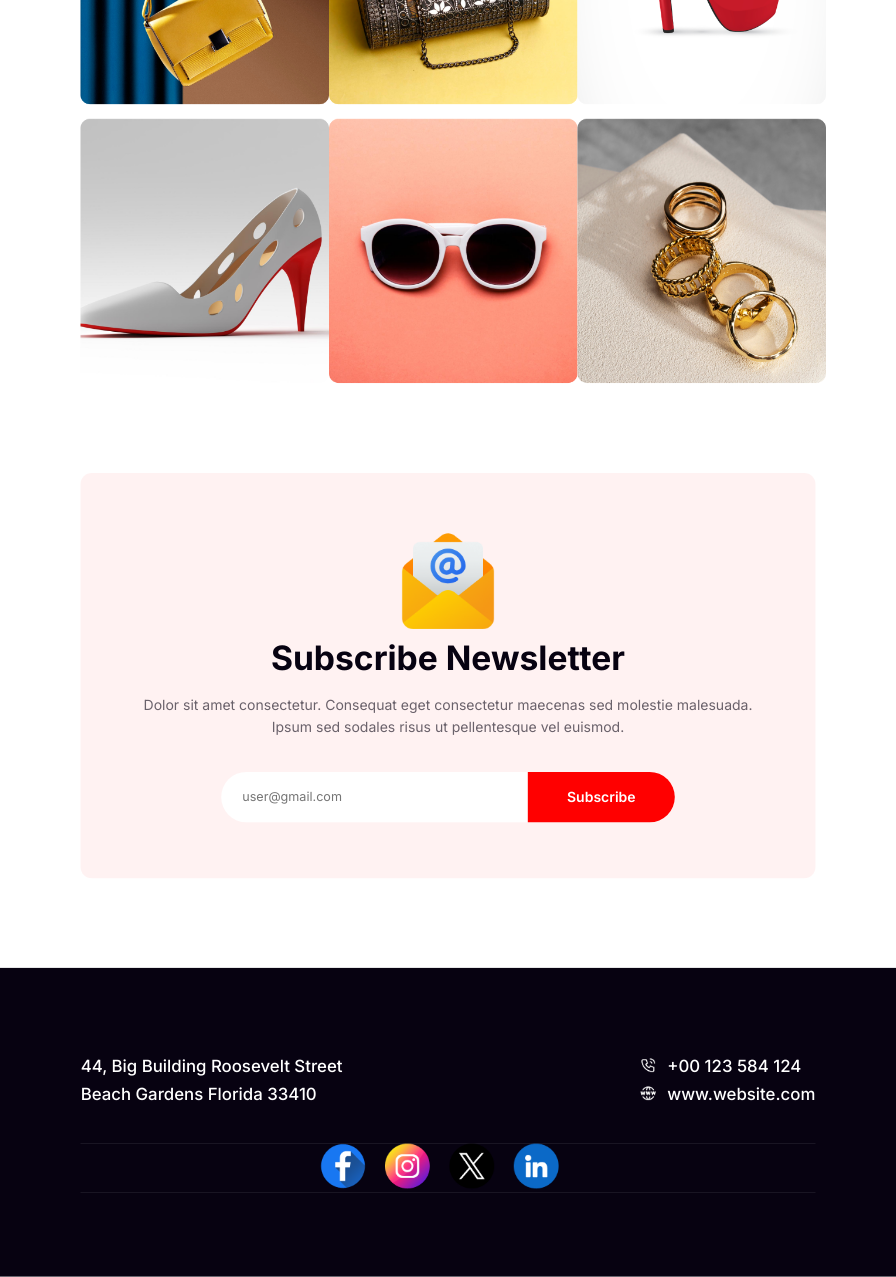
Repository: rahmatahmedrifat/First-Assignment
Page: index.html
These files come from the project's save history. The page is drawn as it stood at one moment and after the next save; the edit follows.
The browser window is 1280 px wide. The pictures show the part of the page from y = 3864 to 5784 px (the page is 5688 px tall before and 5784 px after), at 70% of full size.

Above is the page before, as saved 2024-01-08 22:09:18.

### index.html
<!DOCTYPE html>
<html lang="en">
<head>
    <meta charset="UTF-8">
    <meta name="viewport" content="width=device-width, initial-scale=1.0">
    <!-- Title  -->
    <title>New Year 2024</title>
    <!-- favicon icon linked -->
    <link rel="shortcut icon" href="images/New Year Photo.png" type="image/x-icon">
    <!-- style css linked-->
    <link rel="stylesheet" href="Style/style.css">
</head>
<body>
    <!-- header part  -->
    <header>
        <!-- banner section part -->
        <section id="banner">
            <div class="container">
                <div class="banner-container">
                    <div class="banner-content">
                        <h3 class="celebration">Happy New Year</h3>
                        <h2 class="banner-title">New Year Party Celebration</h2>
                    </div>
                </div>
            </div>
        </section>
    </header>
    <!-- main part -->
    <main>
        <!-- categories section part  -->
            <section id="categories">
                <div class="container">
                    <div class="categories-container">
                        <h2 class="categories-discount">65% OFF</h2>
                        <p class="primary-summery">OUR HOLIDAY DEALS ARE BETTER</p>
                        <h3 class="categories-title">ALL CATEGORIES</h3>
                        <div class="categories-img">
                            <img id="new-year-img" src="images/New Year Photo.png" alt="Happy New Year">
                        </div>
                    </div>
                </div>
            </section>

            <!-- party-banner section part -->
            <section id="party-banner">
                <div class="container">
                    <div class="party-container">
                        <div class="party-content">
                            <h2 class="party-title">Welcome to midnight party</h2>
                            <p class="party-description">Dolor sit amet consectetur. Consequat eget consectetur maecenas sed molestie malesuada. Ipsum sed sodales risus ut pellentesque vel euismod. </p>
                            <button id="join-now-btn">JOIN NOW</button>
                        </div>
                        <img class="party-img" src="images/icon/Group 70.png" alt="party-img">
                    </div>
                </div>
            </section>
            <!-- Announce section part -->
            <section id="announce">
                <div class="container">
                    <div class="announce-content">
                        <h4 class="announce-title"><span class="title-color">Place:</span> New Park Hotel</h4>
                        <h4 class="announce-title"><span class="title-color">Date:</span> 31 December Night 2023</h4>
                        <h4 class="announce-title"><span class="title-color">Time:</span> Evening 7.30 pm to 12.30 am</h4>
                        <button class="announce-btn">Join Now</button>
                    </div>
                </div>
            </section>
            <!-- best offer section part -->
            <section id="best-offer">
                <div class="container">
                    <div class="best-offer-container">
                        <div class="best-offer-content">
                            <p class="primary-summery">NEW BEST OFFER</p>
                            <h3 class="similer-title">Coming Soon</h3>
                            <p class="similer-description">Dolor sit amet consectetur. Consequat eget consectetur maecenas sed molestie malesuada. Ipsum sed sodales risus ut pellentesque vel euismod. </p>
                        </div>
                        <div class="best-offer-img-content">

                                <img class="best-offer-img" src="images/Ellipse 1.png" alt="best-offer-images">

                        </div>
                        <div class="best-offer-year-content">
                            <h3 class="best-offer-year">2024</h3>
                            <p class="best-offer-description">Dolor sit amet consectetur. Consequat eget consectetur maecenas sed.</p>
                            <img class="best-offer-year-img" src="images/icon/Group 96.png" alt="best-offer-year-img">
                        </div>
                    </div>
                </div>
            </section>
            <!-- Portfolio section part -->

            <section id="portfolio">
                <div class="container">
                    <div class="portfolio-container">
                        <div class="portfolio-box">
                            <p class="primary-summery">THE BEST GIFTS</p>
                            <h3 class="similer-title">Our Awesome Portfolio</h3>
                            <p class="similer-description description-padd">Dolor sit amet consectetur. Consequat eget consectetur maecenas sed molestie malesuada. Ipsum sed sodales risus ut pellentesque vel euismod. </p>
                        </div>
                            <div class="portfolio-content">
                                <img class="portfolio-img" src="images/Portfolio images/Rectangle 3.png" alt="">
                                <img class="portfolio-img" src="images/Portfolio images/Rectangle 4.png" alt="">
                                <img class="portfolio-img" src="images/Portfolio images/Rectangle 5.png" alt="">
                            </div>
                            <div class="portfolio-content">
                                <img class="portfolio-img" src="images/Portfolio images/Rectangle 6.png" alt="">
                                <img class="portfolio-img" src="images/Portfolio images/Rectangle 7.png" alt="">
                                <img class="portfolio-img" src="images/Portfolio images/Rectangle 8.png" alt="">
                            </div>
                        </div>
                    </div>
            </section>
            <!-- newsletter section part -->
            <section id="newsletter">
                <div class="container">
                    <div class="news-container">
                        <div class="news-content">
                            <img src="images/icon/Group 61.png" alt="">
                            <h3 class="similer-title">Subscribe Newsletter</h3>
                            <p class="similer-description description-mar">Dolor sit amet consectetur. Consequat eget consectetur maecenas sed molestie malesuada. Ipsum sed sodales risus ut pellentesque vel euismod. </p>
                            <form class="form" action="">
                                <input type="email" placeholder="user@gmail.com" alt="email" id="">
                                <button class="subscribe-btn">Subscribe</button>
                            </form>
                        </div>

                    </div>
                </div>
            </section>
    </main>
    <!--  footer part -->
    <footer>
        <section id="footer">
            <div class="container">
                <div class="footer-describe-part line-color">
                    <div class="footer-address">
                        <p class="address-similer">44, Big Building Roosevelt Street</p>
                        <p class="address-similer">Beach Gardens Florida 33410</p>
                    </div>
                    <div class="footer-address">
                        <div class="call-icon">
                            <img src="images/icon/Call.png" alt="">
                            <a class="address-similer">+00 123 584 124</a>
                        </div>

                        <div class="website-icon">
                            <img src="images/icon/Website.png" alt="">
                            <a class="address-similer">www.website.com</a>
                        </div>
                    </div>
                </div>
                <div class="footer-social line-color">
                    <a href=""><img src="images/icon/Facebook.png" alt=""></a>
                    <a href=""><img src="images/icon/Instagram.png" alt=""></a>
                    <a href=""><img src="images/icon/Twitter.png" alt=""></a>
                    <a href=""><img src="images/icon/Linkedin.png" alt=""></a>
                </div>
                <div class="reserved"></div>
            </div>
        </section>
    </footer>
</body>
</html>

### Style/style.css
/* import google fonts */
@import url('https://fonts.googleapis.com/css2?family=Inter:wght@100;200;300;400;500;600;700;800;900&family=Merriweather:ital,wght@0,300;0,400;0,700;0,900;1,300;1,400;1,700;1,900&display=swap');

*{
    margin: 0;
    padding: 0;
    outline: 0;
}

.container{
    width: 82%;
    margin: 0 auto;
}
/* primary content */
.primary-summery{
    font-family: Inter;
    font-size: 24px;
    font-style: normal;
    font-weight: 500;
    color: #F00;
    line-height: normal;
}
/* banner section related css style */
#banner{
    margin-top: 30px;
}
.banner-container{
    background-image: linear-gradient(180deg, #070211 0%, rgba(7, 2, 17, 0.00) 100%), url(../images/Banner\ Image.png);
    background-size: cover;
    background-repeat: no-repeat;
    background-position: center;
    border-radius: 16px;
    padding: 177px 0px;
}
.banner-container .banner-content{
    width: 632px;
    margin: 0 auto;
}
.banner-container .banner-content .celebration{
    color: #FFF;
    text-align: center;
    font-family: Merriweather;
    font-size: 32px;
    font-style: normal;
    font-weight: 400;
    line-height: normal;
    margin-bottom: 16px;
    z-index: 99;
}
.banner-container .banner-content .banner-title{
    color: #FFF;
    text-align: center;
    font-family: Merriweather;
    font-size: 72px;
    font-style: normal;
    font-weight: 900;
    line-height: 95px;
}
/* categories section related css style */

#categories{
    margin: 120px 0px;
}
.categories-container{
    text-align: center;
}
.categories-container .categories-discount{
    font-family: Inter;
    font-size: 88px;
    font-style: normal;
    font-weight: 700;
    color: #F00;
    line-height: normal;
    margin-bottom: 48px;
}

.categories-title{
    font-family: Inter;
    font-size: 48px;
    font-style: normal;
    font-weight: 700;
    color: #070211;
    line-height: normal;
    margin-bottom: 48px;
}
.categories-container .categories-img{
    width: 800px;
    margin: 0 auto;
}
.categories-img #new-year-img{
    max-width: 100%;
}

/* party-banner section css style  */
#party-banner{

}
.party-container{
    background-image: linear-gradient(90deg, #070211 0%, rgba(7, 2, 17, 0.00) 100%), url(../images/Vectorrr.png);
    background-position: center;
    background-repeat: no-repeat;
    background-size: cover;
    display: flex;
    align-items: center;
    justify-content: space-between;
    border-radius: 16px;
    padding: 70px 70px;
}
.party-container .party-content{
    width: 900px;
}
.party-content .party-title{
    font-family: Merriweather;
    font-size: 64px;
    font-style: normal;
    font-weight: 900;
    color: #FFF;
    line-height: 88px;
    letter-spacing: 3px;
}
.party-content .party-description{
    font-family: Inter;
    font-size: 18px;
    font-style: normal;
    font-weight: 400;
    color: rgba(255, 255, 255, 0.80);
    line-height: 30px;
    margin-top: 20px;
}
#join-now-btn{
    font-family: Inter;
    font-size: 20px;
    font-style: normal;
    font-weight: 700;
    color: #FFF;
    background: transparent;
    line-height: normal;
    text-transform: uppercase;
    border: none;
    cursor: pointer;
    margin-top: 48px;
    margin-left: 32px;
}
.party-container .party-img{
    width: 270px;
    max-width: 100%;
}

/* Announce section css style */

#announce{
    margin: 120px 0px;
}
.announce-content{
    background: linear-gradient(180deg, rgba(255, 0, 0, 0.10) 0%, rgba(255, 0, 0, 0.00) 100%);
    padding: 100px 0;
    text-align: center;
}
.announce-content .announce-title{
    color: #070211;
    font-family: Inter;
    font-size: 32px;
    font-style: normal;
    font-weight: 600;
    line-height: 56px;
    text-transform: capitalize;
}
.announce-content .announce-title .title-color{
    color: #F00;
}
.announce-btn{
    font-family: Inter;
    font-size: 20px;
    font-style: normal;
    font-weight: 700;
    line-height: normal;
    color: #FFF;
    text-align: center;
    text-transform: uppercase;
    border-radius: 8px;
    background: #F00;
    padding: 16px 32px;
    border: none;
    cursor: pointer;
    transition: all ease 0.5s;
    margin-top: 48px;
}
.announce-btn:hover{
    background: #fff;
    color: #f00;
    outline: 1px solid #F00;
}
/* best-offer section style css */
#best-offer{
    margin-bottom: 128px;
}
.similer-title{
    font-family: Inter;
    font-size: 48px;
    font-style: normal;
    font-weight: 700;
    color: #070211;
    line-height: normal;
}
.similer-description{
    font-family: Inter;
    font-size: 20px;
    font-style: normal;
    font-weight: 400;
    color: rgba(7, 2, 17, 0.60);
    line-height: 32px;
    margin-top: 22px;
}
.best-offer-container{
    display: flex;
    align-items: center;
    gap: 20px;
}
.best-offer-content{
    width: 700px;
}
.best-offer-img-content{
    min-height: 350px;
    min-width: 350px;
    border: 15px solid #f00;
    border-radius: 50%;
    position: relative;
    position: relative;
}
.best-offer-img-content .best-offer-img{
    position: absolute;
    width: 270px;
    inset: 41px;
}
.best-offer-year-content .best-offer-year{
    font-family: Inter;
    font-size: 48px;
    font-style: normal;
    font-weight: 700;
    color: #F00;
    line-height: normal;
    margin-top: 65px;
}
.best-offer-year-content .best-offer-description{
    margin-top: 10px !important;

}
.best-offer-year-content{
    width: 500px;
}
.best-offer-year-content .best-offer-year-img{
    max-width: 140px;
    margin-top: 38px;
}


/*  portfolio section css style */
.portfolio-container{

}
.portfolio-container .description-padd{
    margin-bottom: 48px ;
}
.portfolio-container .portfolio-content{
    display: flex;
    align-items: center;
    justify-content: space-between;
    margin-top: 20px;
}
.portfolio-box{
    width: 896px;
}
.portfolio-container .portfolio-content .portfolio-img{
    max-width: 355px;
    transition: all ease 0.5s;
}
.portfolio-content .portfolio-img:hover{
    filter: grayscale(1);
    transform: scale(1.05);
}
/* newsletter section css style  */
#newsletter{
    margin: 128px 0px;
}
.news-container{
    border-radius: 16px;
    background: rgba(255, 0, 0, 0.05);
    padding: 80px 0px;
}
.news-content{
    width: 896px;
    margin: 0 auto;
    text-align: center;
}
.news-content img{
    width: 150px;
    height: 150px;
}
.form{
    width: 648px;
    height: 72px;
    display: flex;
    margin: 0 auto;
}
.form input{
    background: #fff;
    width: 438px;
    flex-grow: 1;
    color: rgba(7, 2, 17, 0.30);
    font-family: Inter;
    font-size: 18px;
    font-style: normal;
    font-weight: 400;
    line-height: normal;
    padding-top: 25px;
    padding-bottom: 25px;
    padding-left: 30px;
    border: none;
    border-radius: 50px 0px 0px 50px;
    outline: 1px transparent;
    transition: all ease 0.5s;
}
.form input:hover{
    outline: 1px solid #f00;
}
.form .subscribe-btn{
    color: #FFF;
    font-family: Inter;
    font-size: 20px;
    font-style: normal;
    font-weight: 600;
    line-height: normal;
    text-transform: capitalize;
    border-radius: 0px 50px 50px 0px;
    background: #F00;
    padding: 24px 56px;
    border: none;
    transition: all ease 0.5s;
}
.form .subscribe-btn:hover{
    outline: 1px solid #f00;
    background: #fff;
    color: #f00;
}
.description-mar{
    margin-bottom: 48px;
}
/* footer section part css style */

#footer{
    background: #070211;
    padding: 120px 0;
}
.line-color{
    border-bottom: 1px solid rgba(255, 255, 255, 0.15);
}
.footer-describe-part{
    display: flex;
    justify-content: space-between;
}
.footer-address{
    margin-bottom: 50px;
}
.footer-address .address-similer {
    color: #FFF;
    font-family: Inter;
    font-size: 24px;
    font-style: normal;
    font-weight: 500;
    line-height: 40px;
    text-decoration: none;
    cursor: pointer;
}
.call-icon, .website-icon{
    display: flex;
    align-items: center;
}
.call-icon img, .website-icon img{
    width: 24px;
    margin-right: 15px;
}

.footer-social{
    text-align: center;
}
.footer-social a{
    width: 64px;
    margin-right: 24px;
    margin-top: 48px;
}

After the next save:
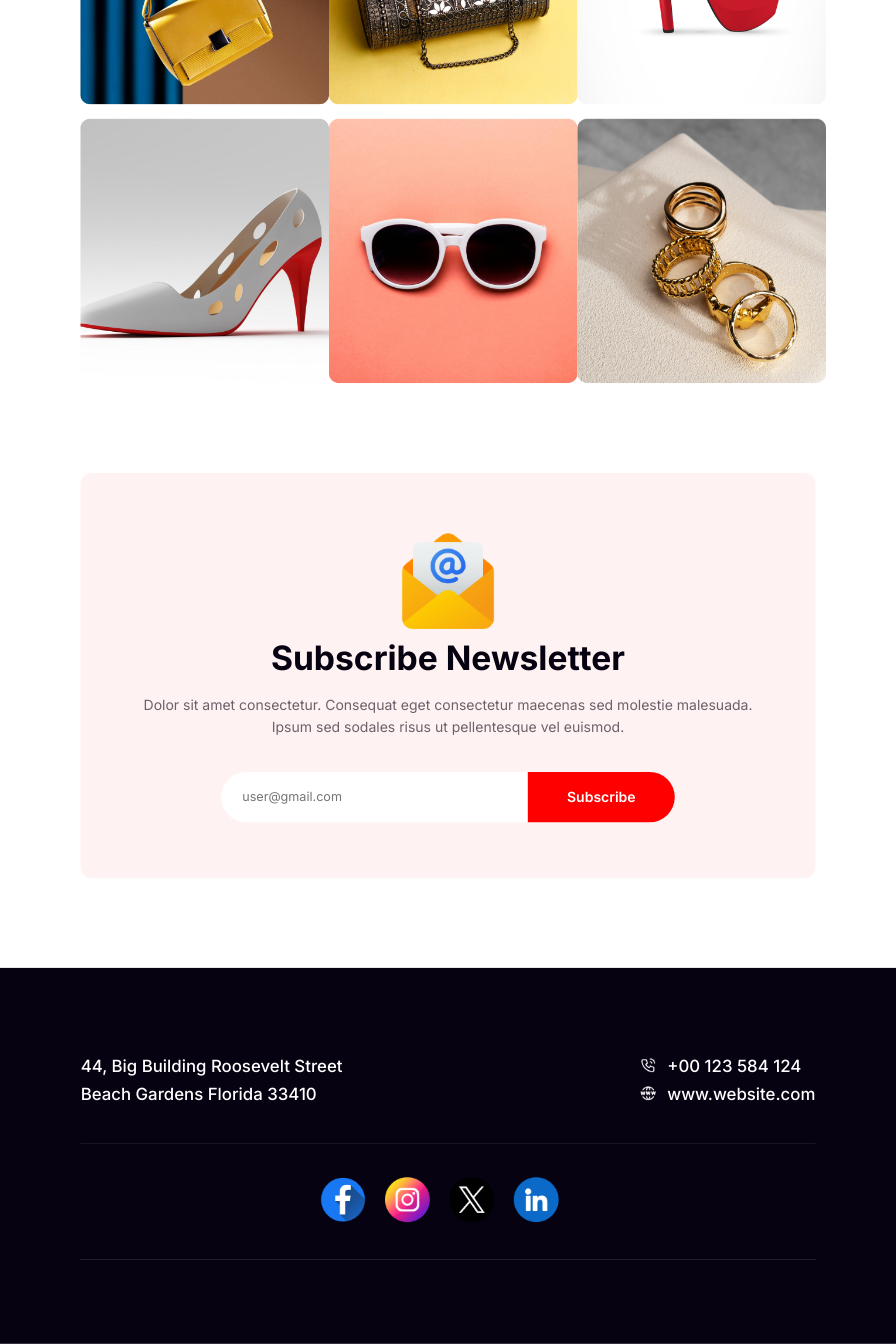
Saved 89 s later.
--- a/Style/style.css
+++ b/Style/style.css
@@ -382,9 +382,9 @@
 
 .footer-social{
     text-align: center;
+    padding: 48px 0;
 }
 .footer-social a{
     width: 64px;
     margin-right: 24px;
-    margin-top: 48px;
-}
+}
